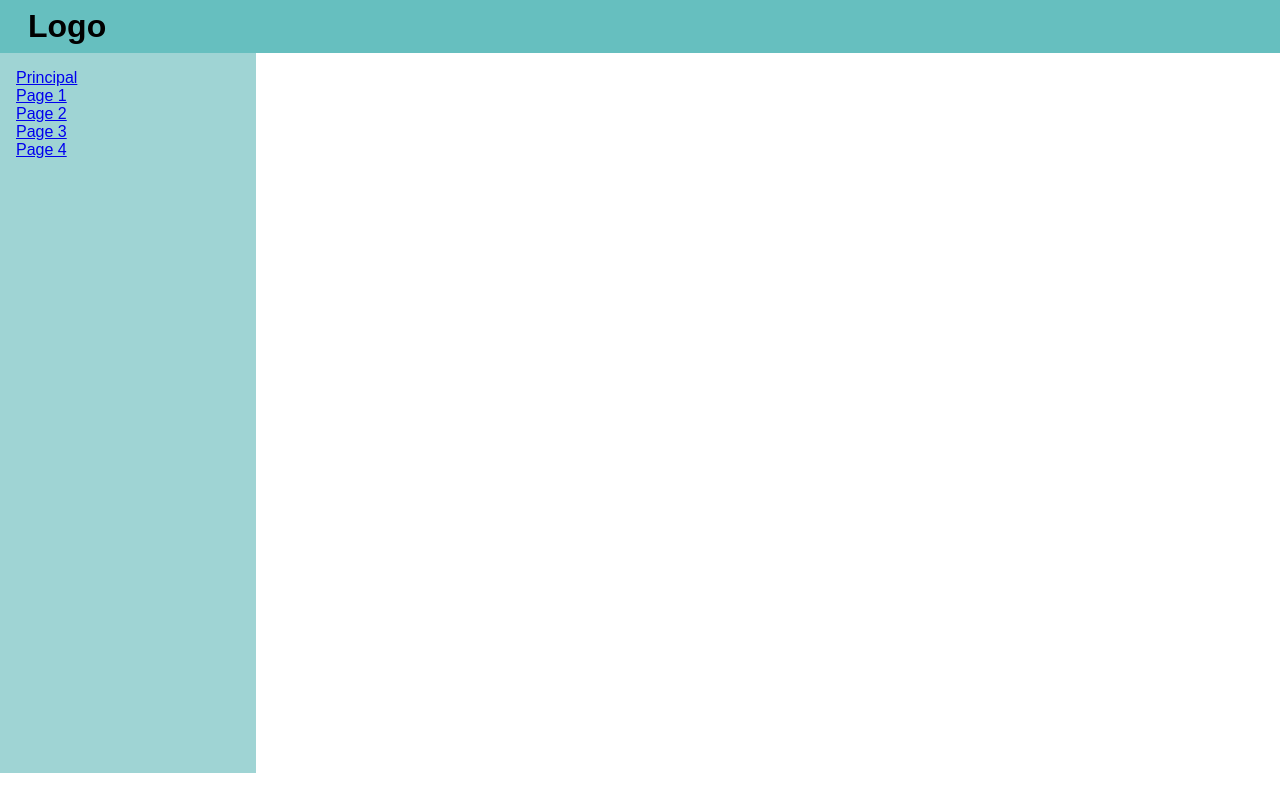
Repository: mateus-henrique-silva/Dashboard-pixel-facebook-react
Page: / (app in dashboard-pixel/)
These files come from the project's save history. The page is drawn as it stood at one moment and after the next save; the edit follows.
The browser window is 1280 px wide. The pictures show the whole page.
The project was rebuilt for these pictures with package versions that can differ from the ones it lists, and the page was loaded fresh each time.

Above is the page before, as saved 2022-07-07 17:40:47.

After the next save:
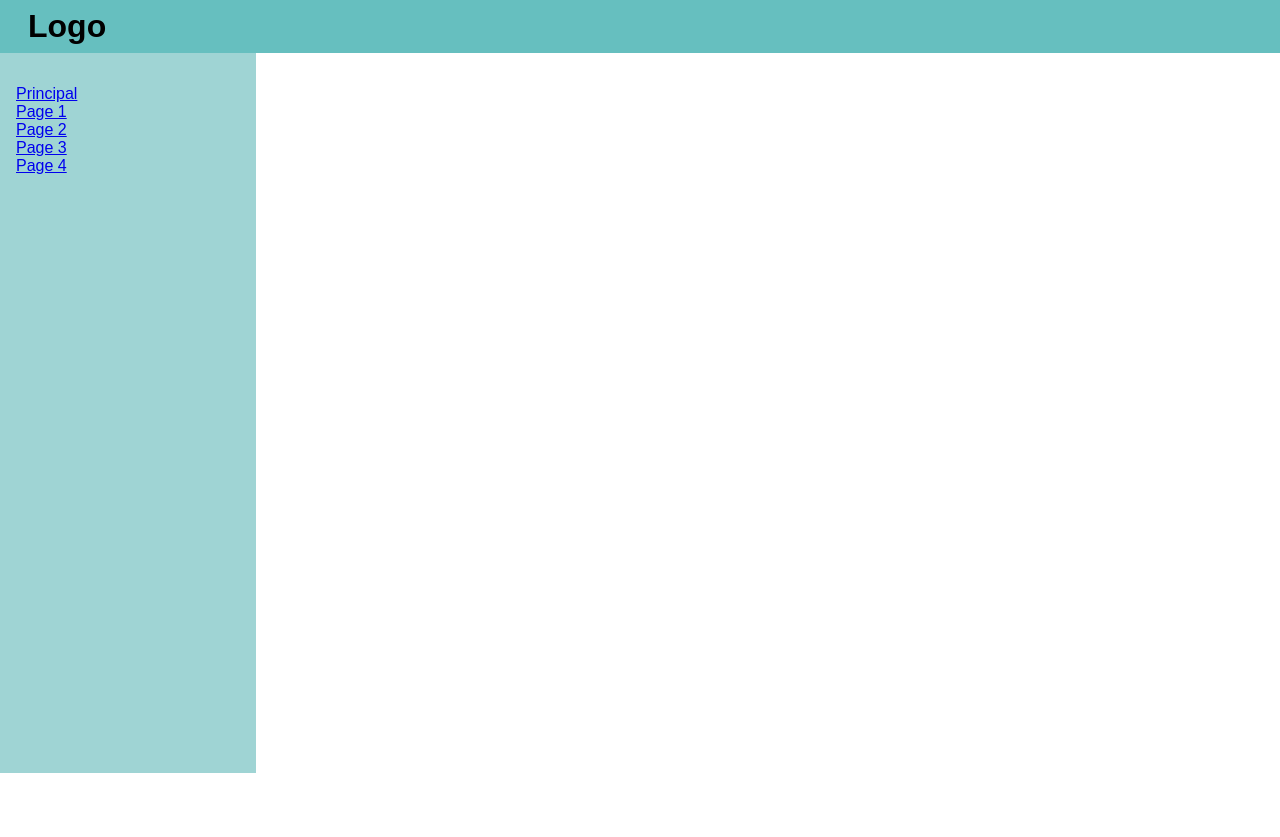
Saved 12 s later.
--- a/dashboard-pixel/src/Components/SideBar/SideBar.css
+++ b/dashboard-pixel/src/Components/SideBar/SideBar.css
@@ -7,7 +7,7 @@
 
 .Menu-tag {
   height: 100%;
-  padding: 1em 1em;
+  padding: 2em 1em;
 }
 
 .Menu-tag div {
